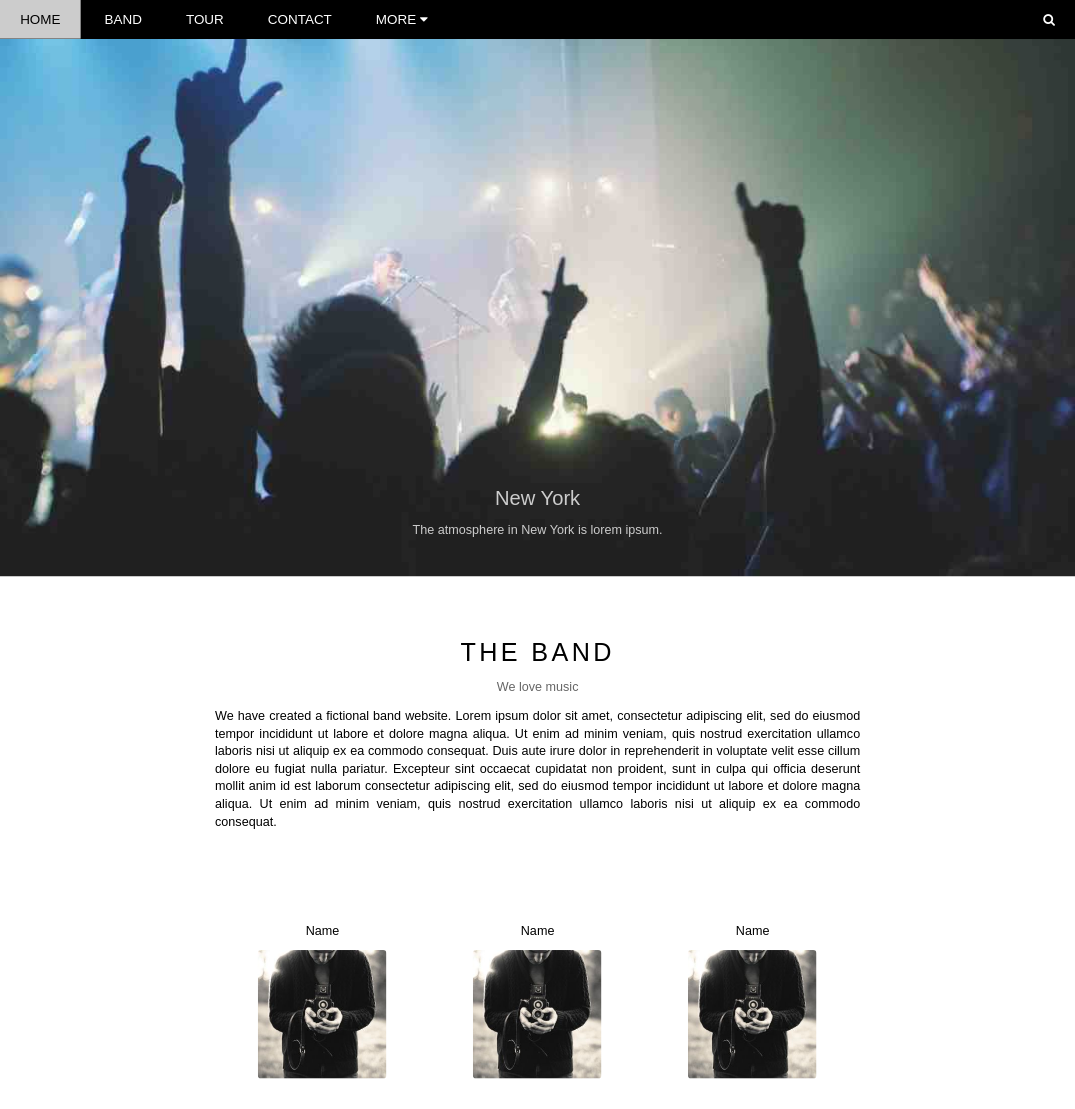
Repository: nguyenhoang2002062929/band
Page: index.html
An editor plug-in stored every save of this project. The page is shown before and after the next save, followed by the edit.
The browser window is 1280 px wide. The pictures show the whole page, at 84% of full size.

Above is the page before, as saved 2023-06-04 15:49:52.

### index.html
<!DOCTYPE html>
<html lang="en">
<head>
    <meta charset="UTF-8">
    <meta http-equiv="X-UA-Compatible" content="IE=edge">
    <meta name="viewport" content="width=device-width, initial-scale=1.0">
    <title>Bank music   </title>
    <link rel="stylesheet" href="assets/css/style.css">
    <link rel="stylesheet" href="https://cdnjs.cloudflare.com/ajax/libs/font-awesome/4.7.0/css/font-awesome.min.css">
</head>
<body>
    <div class="main">
        <div class="header">
            <ul class="nav">
                <li><a href="">HOME</a></li>
                <li><a href="">BAND</a></li>
                <li><a href="">TOUR</a></li>
                <li><a href="">CONTACT</a></li>
                <li>
                    <a href="" >MORE <i class="fa fa-caret-down"></i></a>
                    <ul class="subnav">
                        <li><a href="">Merchandise</a></li>
                        <li><a href="">Extras</a></li>
                        <li><a href="">Media</a></li>
                    </ul>
                </li>
            </ul>

            <div class="search">
                <a href=""><i class="fa fa-search"></i></a>
            </div>
        </div>

        <div class="slider">
            <div class="text-content">
                <h2 class="text-heading">New York</h2>
                <p class="text-description">The atmosphere in New York is lorem ipsum.</p>
            </div>
        </div>

        <div class="content">
            <div class="about">
                <div class="content-section">
                    <h2 class="section-heading">THE BAND</h2>
                    <p class="section-sub-heading">We love music</p>
                    <p class="section-text">We have created a fictional band website. Lorem ipsum dolor sit amet, consectetur adipiscing elit, sed do eiusmod tempor incididunt ut labore et dolore magna aliqua. Ut enim ad minim veniam, quis nostrud exercitation ullamco laboris nisi ut aliquip ex ea commodo consequat. Duis aute irure dolor in reprehenderit in voluptate velit esse cillum dolore eu fugiat nulla pariatur. Excepteur sint occaecat cupidatat non proident, sunt in culpa qui officia deserunt mollit anim id est laborum consectetur adipiscing elit, sed do eiusmod tempor incididunt ut labore et dolore magna aliqua. Ut enim ad minim veniam, quis nostrud exercitation ullamco laboris nisi ut aliquip ex ea commodo consequat.</p>
                </div>
                <div class="content-member">
                    <div class="member">
                        <div class="member-text">
                            <p>Name</p>
                        </div>
                        <div class="member-img">
                            <img src="./assets/img/member/bandmember.jpg" alt="">
                        </div>
                    </div>
                    <div class="member">
                        <div class="member-text">
                            <p>Name</p>
                        </div>
                        <div class="member-img">
                            <img src="./assets/img/member/bandmember.jpg" alt="">
                        </div>
                    </div>
                    <div class="member">
                        <div class="member-text">
                            <p>Name</p>
                        </div>
                        <div class="member-img">
                            <img src="./assets/img/member/bandmember.jpg" alt="">
                        </div>
                    </div>
                </div>
            </div>

        </div>

        <div class="footer">

        </div>
    </div>
</body>
</html>

### assets/css/style.css
*{
    margin: 0;
    padding: 0;
    box-sizing: border-box;
}
html{
    font-family: Arial, Helvetica, sans-serif;
}
.header{
    z-index: 1;
    position: fixed;
    height: 46px;
    background-color: #000;
    top: 0;
    left: 0;
    right: 0;
}
.header .nav {
    display: inline-block;
   line-height: 46px;
}
.header .nav > li > a{
    text-decoration: none;
    padding: 0px 24px;
    color: #fff;
}
.header .nav > li{
    display: inline-block;
    position: relative;
}
.header .nav > li:hover > a{
    display: block;
    color: #000;
    background-color: #ccc;
}
.header .nav .subnav{
    position: absolute;
    display: none;
    background-color: #fff;
    box-shadow: 0 0 10px rgba(0, 0, 0, 0.3) ;
}
.subnav li{
      min-width: 160px;
      list-style-type: none;
}
.nav > li:hover > .subnav{
    display: block;
}
.subnav li:hover a{
    color: #000;
    background-color: #ccc;
}
.subnav a{
    display: block;
    text-decoration: none;
    color: #000;
    padding: 0px 24px;
}
.search{
float: right;
padding: 0 24px;
line-height: 46px;
cursor: pointer;
}
.search a{
    color: rgb(255, 255, 255);
    font-size: 15px;
}
.search:hover{
    color: rgb(255, 255, 255);
    background-color: #f44336!important;
}

.slider{
    position: relative;
    margin-top: 46px;
    padding-top: 50%;
    background: url('../img/slider/slider2.jpg') center top / cover no-repeat;
}
.slider .text-content{
    position: absolute;
    color: #ccc;
    bottom: 0;
    left: 50%;
    transform: translateX(-50%);
    text-align: center;
    padding: 32px 16px;
}
.text-content .text-heading{
    font-size: 24px;
    margin-top: 10px;
    font-weight: 200;
}
.text-content .text-description{
    font-size: 15px;
    margin: 15px 0;
}
.about{
    width: 768px;
    margin-right: auto;
    margin-left: auto;
}
.content-section{
    text-align: center;
    padding: 64px 0;
}
.content-section .section-heading{
    font-size: 30px;
    font-weight: 300;
    letter-spacing: 4px;
    margin: 10px;
}
.content-section .section-sub-heading{
    font-size: 15px;
    font-weight: initial;
    margin: 15px;
    opacity: 0.6;
}
.content-section .section-text{
    font-size: 15px;
    text-align: justify;
    line-height: 1.4;
}
.content-member{
    display: flex;
    text-align: center;
    align-items: center;
    padding: 32px 0;
}
.member-text{
    font-size: 15px;
    margin: 15px 0;
}
.member-img img{
    width: 153px;
    border-radius: 4px;
}
.content-member .member{

    width: 33.333%;
}

After the next save:
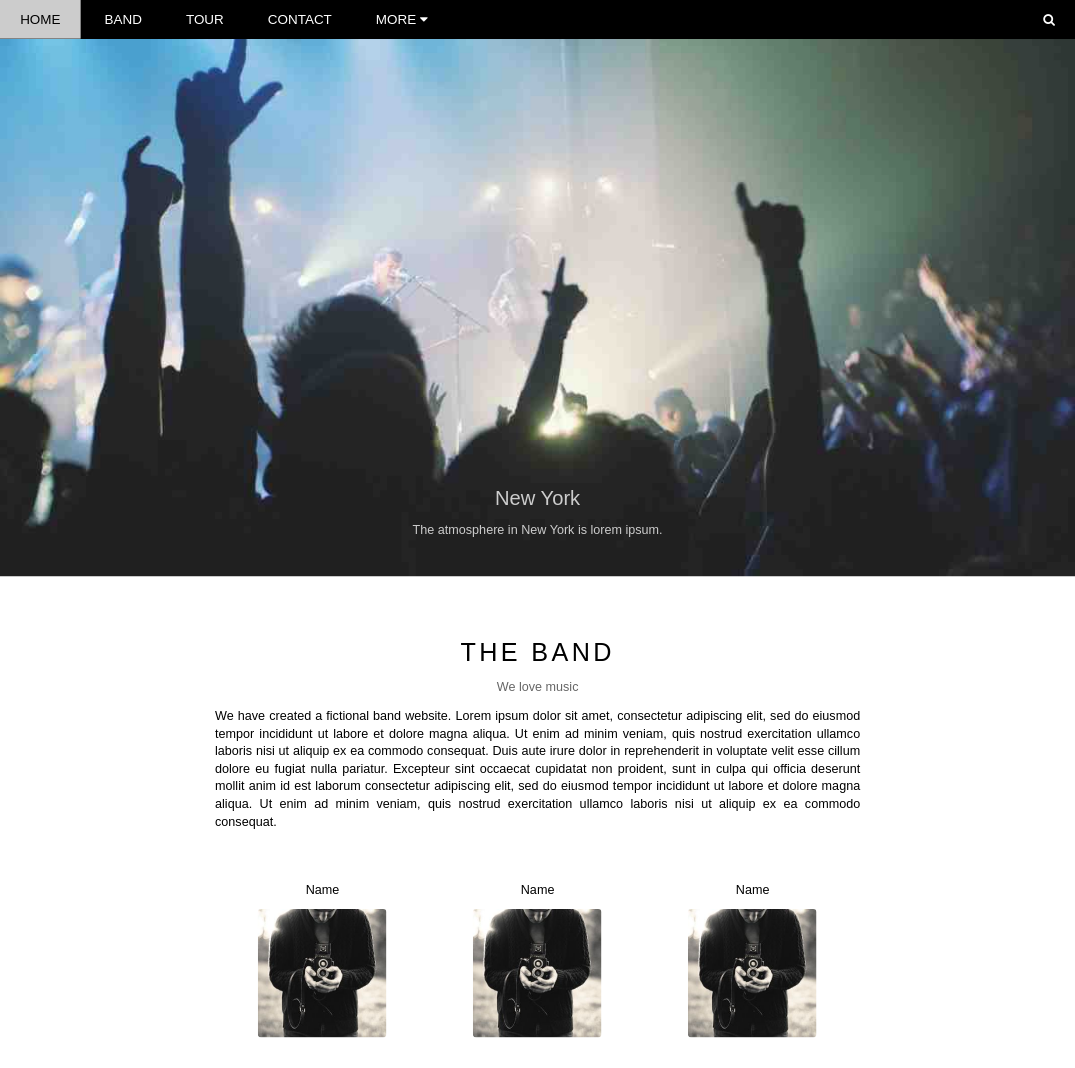
Saved 2 min 22 s later.
--- a/assets/css/style.css
+++ b/assets/css/style.css
@@ -102,7 +102,8 @@ cursor: pointer;
 }
 .content-section{
     text-align: center;
-    padding: 64px 0;
+    padding-top: 64px;
+    padding-bottom: 15px;
 }
 .content-section .section-heading{
     font-size: 30px;
